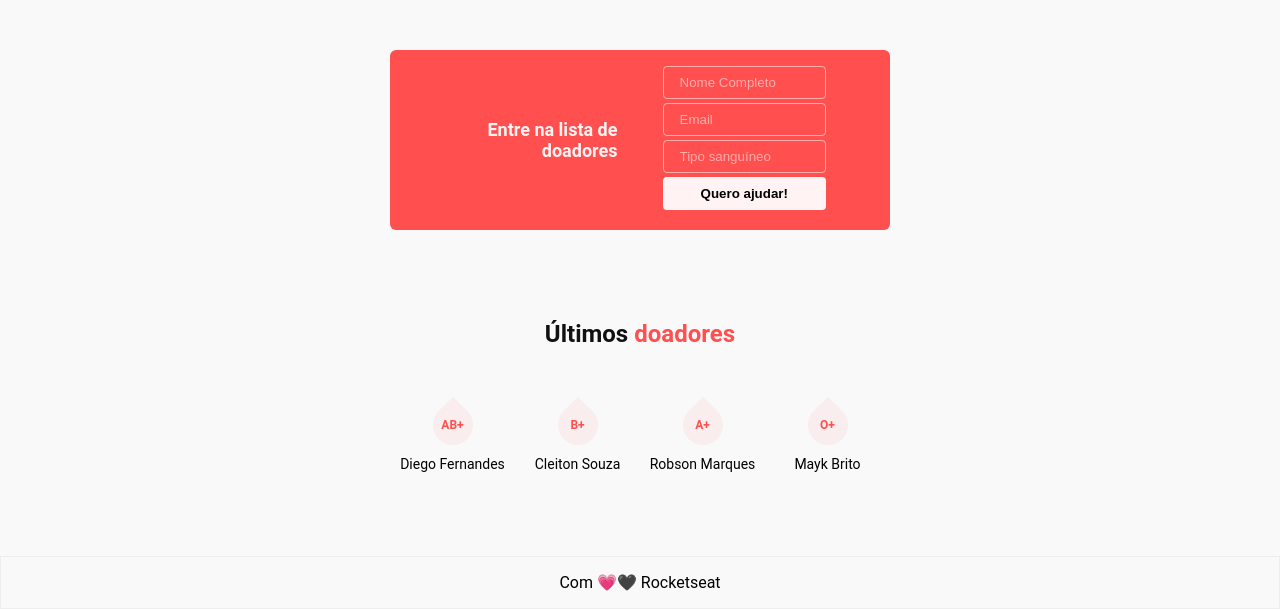
Repository: lucas-silva-dev/Doe
Page: index.html
These files come from the project's save history. The page is drawn as it stood at one moment and after the next save; the edit follows.
The browser window is 1280 px wide. The pictures show the part of the page from y = 459 to 1068 px (the page is 1068 px tall).
A picture or video elsewhere on the page could not be fetched, so the positions and the page height are approximate. Some web fonts or font styles are not loaded; a fallback is used.

Above is the page before, as saved 2020-02-18 17:09:09.

After the next save:
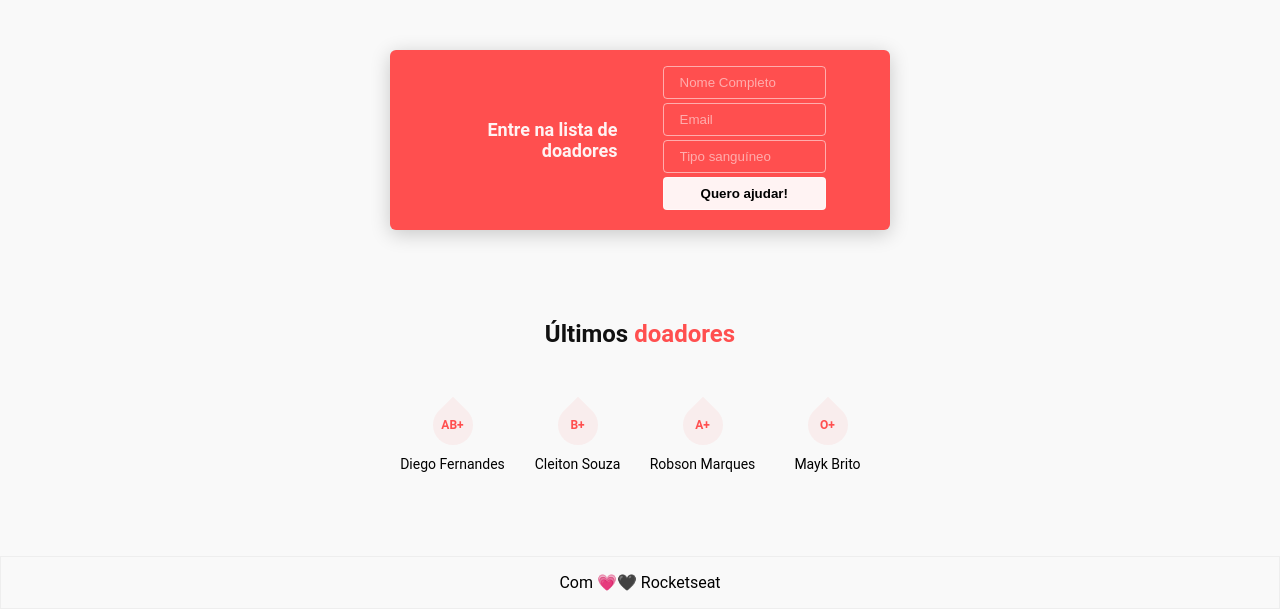
Saved 5 s later.
--- a/style.css
+++ b/style.css
@@ -95,7 +95,7 @@ section.form {
   background-color: #ff4f4f;
   padding: 16px 64px;
   border-radius: 6px;
-  /* box-shadow: 0px 4px 20px 0 #0003; */
+  box-shadow: 0px 4px 20px 0 #0003;
 }
 
 form input,
